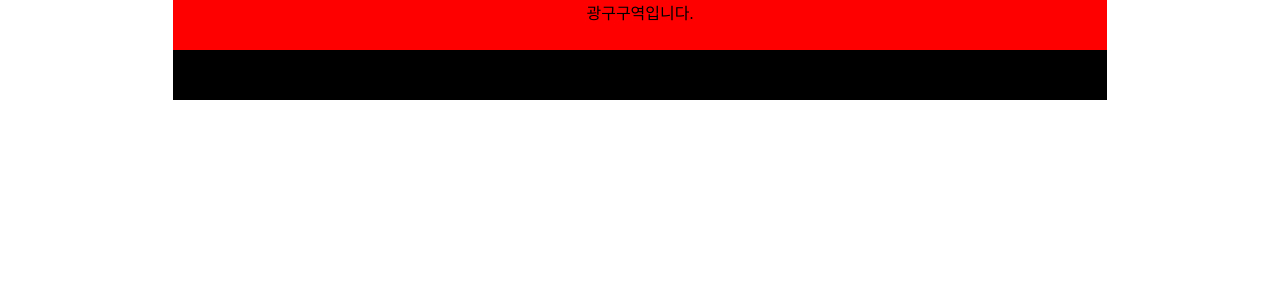
Repository: leehyeonung/myproject
Page: http://localhost/myproject/
These files come from the project's save history. The page is drawn as it stood at one moment and after the next save; the edit follows.
The browser window is 1280 px wide. The pictures show the whole page.
The page is served by Tomcat 9.

Above is the page before, as saved 2023-03-15 12:26:05.

### myproject/src/main/webapp/index.jsp
<%@ page language="java" contentType="text/html; charset=EUC-KR"
    pageEncoding="EUC-KR"%>
<!DOCTYPE html>
<html>
<head>
<meta charset="EUC-KR">
<title>index</title>
</head>
<body>
<jsp:include page="header.jsp"></jsp:include>
<section>

</section>
<jsp:include page="footer.jsp"></jsp:include>
</body>
</html>

### myproject/src/main/webapp/header.jsp
<%@ page language="java" contentType="text/html; charset=EUC-KR"
    pageEncoding="EUC-KR"%>
<!DOCTYPE html>
<html>
<head>
<script type="text/javascript" src="/resuorces/js/ad.js"></script>
<meta charset="EUC-KR">
<title>header</title>
<link rel="stylesheet" type="text/css" href="/resources/css/header.css">
</head>
<body>
<div class="ad">
광구구역입니다.
</div>

<header>
<div class="searchbox">
로고 네이버 검색창~
</div>

<nav>
</nav>
</header>
</body>
</html>

### myproject/src/main/webapp/footer.jsp
<%@ page language="java" contentType="text/html; charset=EUC-KR"
    pageEncoding="EUC-KR"%>
<!DOCTYPE html>
<html>
<head>
<meta charset="EUC-KR">
<title>footer</title>
</head>
<body>

</body>
</html>

### myproject/src/main/webapp/resources/js/ad.js
function close_ad() {
    document.getElementById("ad").style.display='none';
}

### myproject/src/main/webapp/resources/css/header.css
*{
	width:90%;
	text-align:center;
	margin: 0px 5%;
	padding: 0px;
}

.ad{
	height: 50px;
	background-color: red;
}
.searchbox{
	width:100%;
	margin:0px;
	height: 50px;
	background-color: black;
}

After the next save:
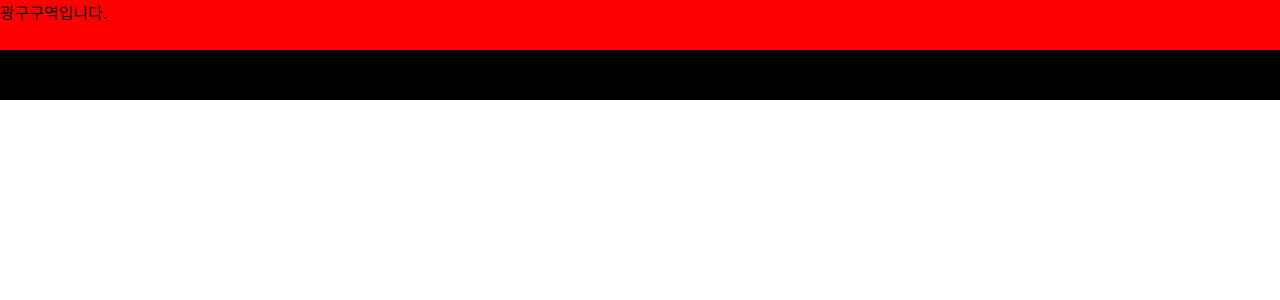
Saved 58 s later.
--- a/myproject/src/main/webapp/resources/css/header.css
+++ b/myproject/src/main/webapp/resources/css/header.css
@@ -1,7 +1,5 @@
 *{
-	width:90%;
-	text-align:center;
-	margin: 0px 5%;
+	margin: 0px;
 	padding: 0px;
 }
 
